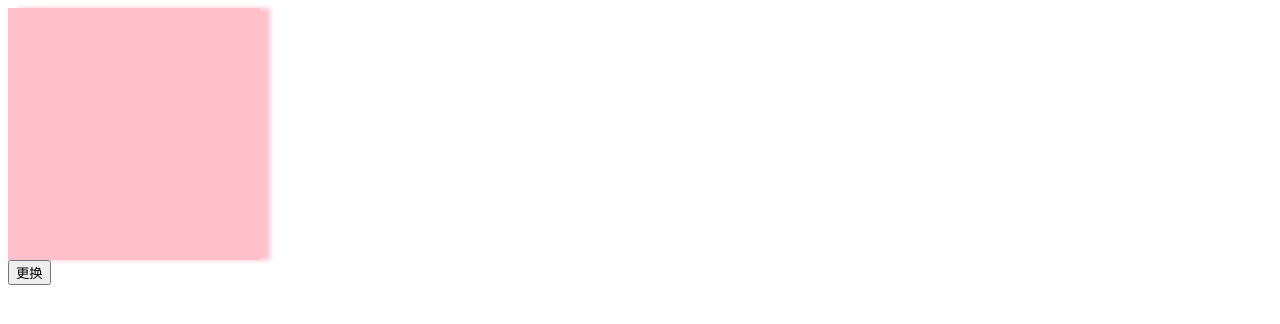
Repository: Bluesouls/eliauk.github.io
Page: Ajax学习笔记/day01/code/index.html
An editor plug-in stored every save of this project. The page is shown before and after the next save, followed by the edit.
The browser window is 1280 px wide. The pictures show the whole page.

Above is the page before, as saved 2022-04-24 16:08:48.

After the next save:
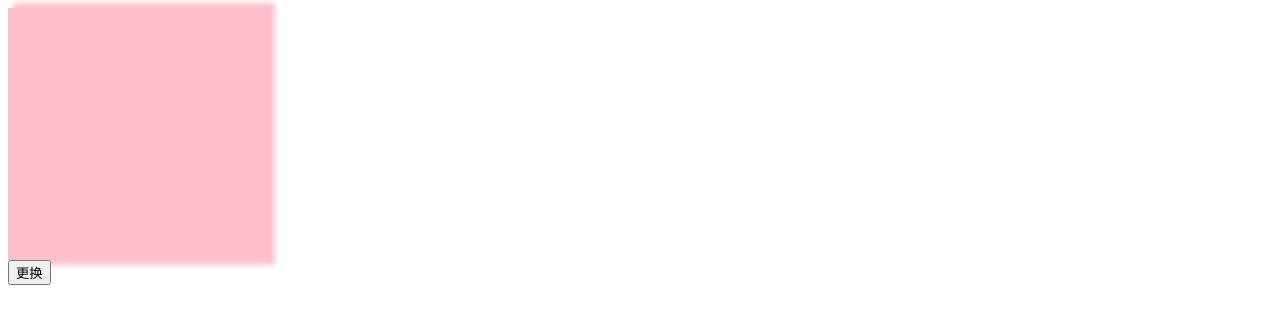
Saved 5 s later.
--- a/Ajax学习笔记/day01/code/index.html
+++ b/Ajax学习笔记/day01/code/index.html
@@ -12,7 +12,7 @@
       height: 250px;
       border: 1px solid pink;
       background: pink;
-      box-shadow: 10px 0 5px pink;
+      box-shadow: 10px 0 5px 5px pink;
       color: white;
     }
     .content{
